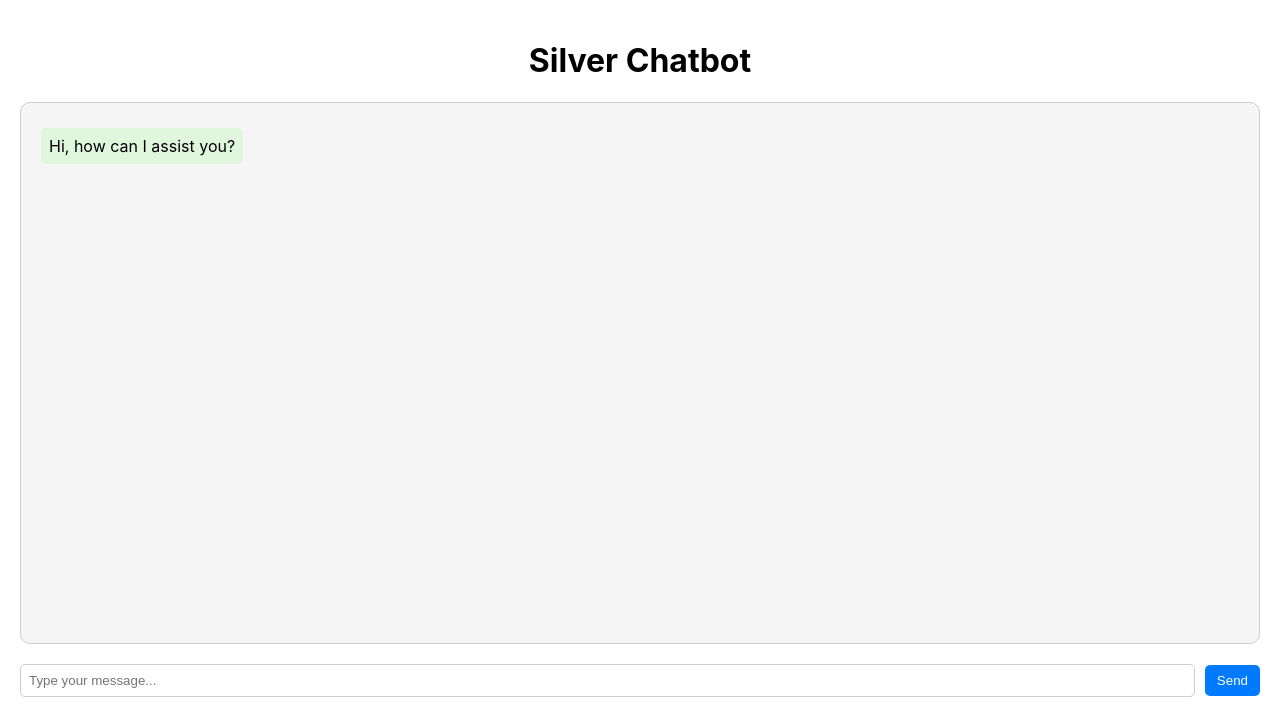
Repository: Rishabh-patidar/Chatbot-Final
Page: / (app in chatbot-ui/)
These files come from the project's save history. The page is drawn as it stood at one moment and after the next save; the edit follows.
The browser window is 1280 px wide. The pictures show the whole page.
The project was rebuilt for these pictures with package versions that can differ from the ones it lists, and the page was loaded fresh each time.

Above is the page before, as saved 2023-08-09 10:01:20.

After the next save:
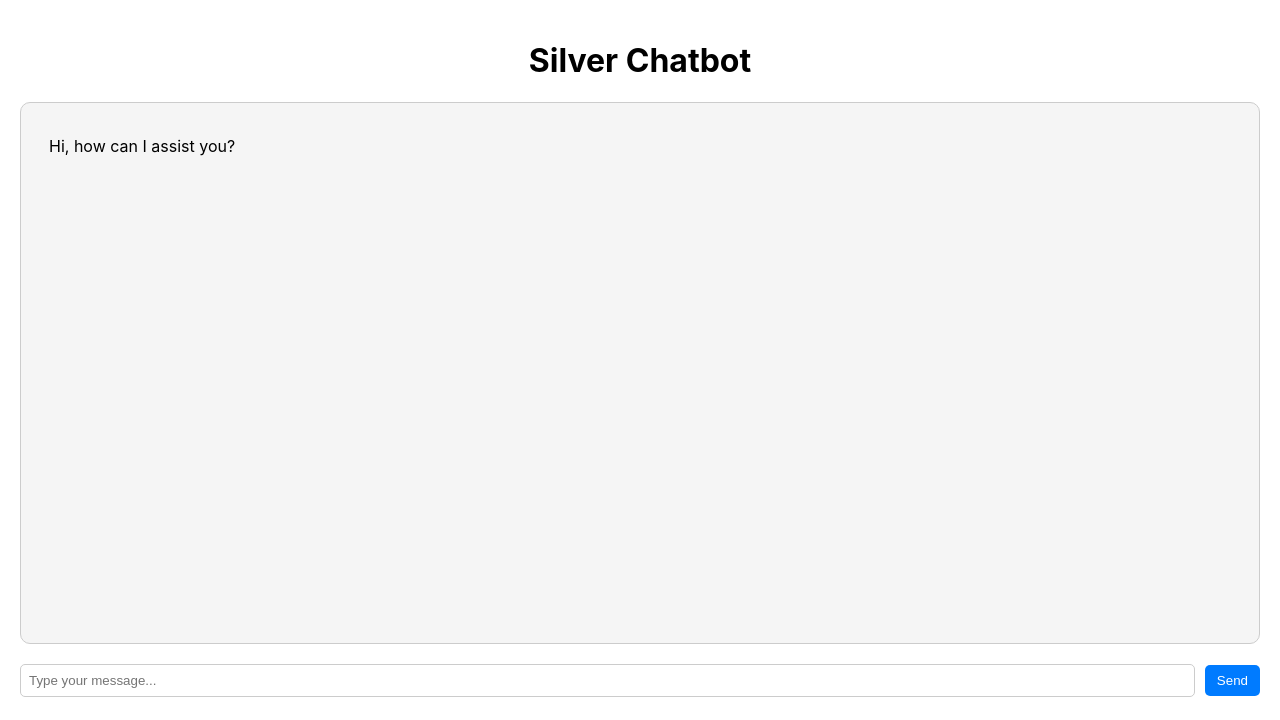
Saved 24 s later.
--- a/chatbot-ui/src/App.css
+++ b/chatbot-ui/src/App.css
@@ -35,7 +35,7 @@
 
 .bot {
   align-self: flex-start;
-  background-color: #e0f7de;
+  /* background-color: #e0f7de; */
 }
 
 .input-container {

After the save that followed:
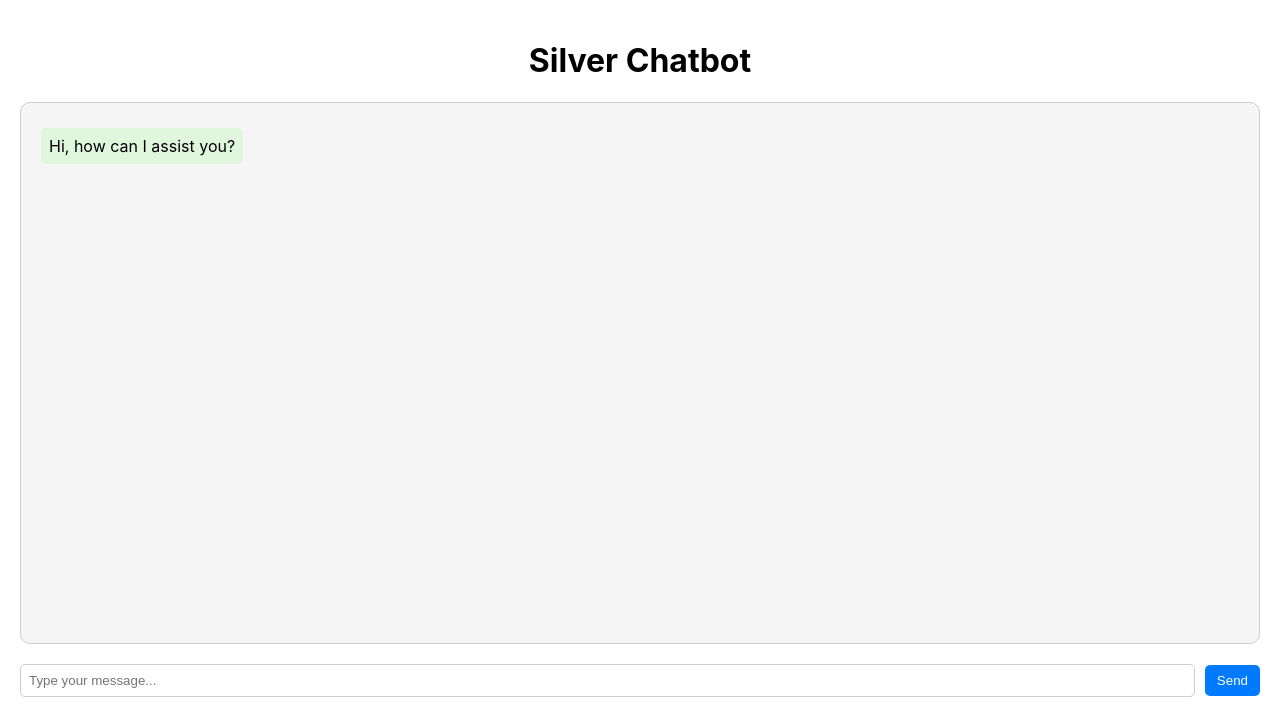
Saved 9 s later.
--- a/chatbot-ui/src/App.css
+++ b/chatbot-ui/src/App.css
@@ -35,7 +35,7 @@
 
 .bot {
   align-self: flex-start;
-  /* background-color: #e0f7de; */
+  background-color: #e0f7de;
 }
 
 .input-container {
